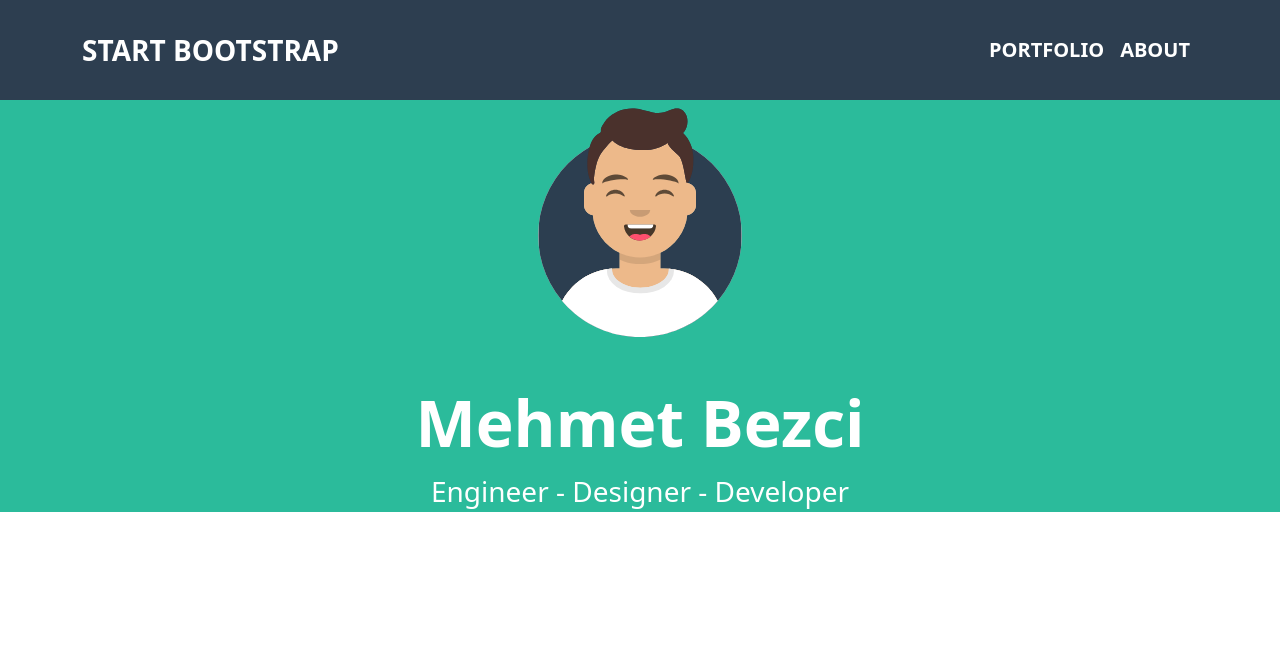
Repository: 7JaxeN7/WT-1255P-Mehmet_BEZC-
Page: index.html
An editor plug-in stored every save of this project. The page is shown before and after the next save, followed by the edit.
The browser window is 1280 px wide. The pictures show the whole page.

Above is the page before, as saved 2025-01-06 21:11:46.

After the next save:
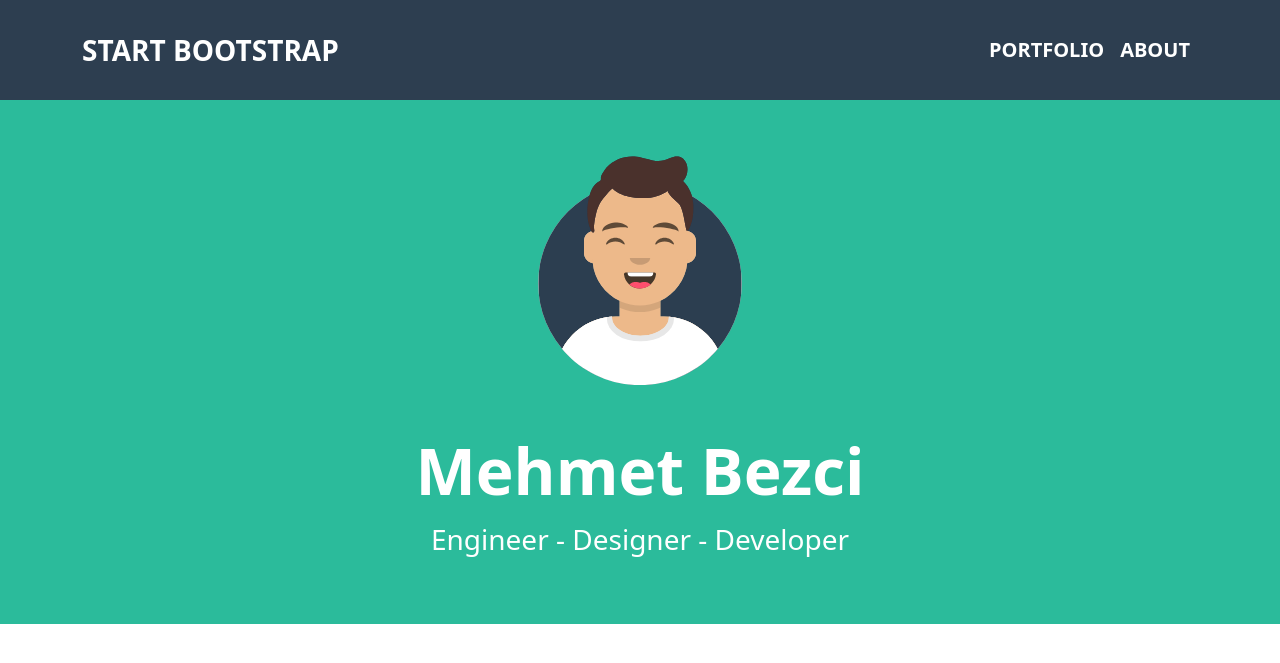
Saved 70 s later.
--- a/index.html
+++ b/index.html
@@ -34,7 +34,7 @@
     </nav>
   </header>
   <!-- Herosection -->
-   <div class="herosection-bg">
+   <div class="herosection-bg pt-5 pb-5">
     <div class="container text-center">
       <img src="/assets/img/avataaars.svg" width="20%"/>
     <h1 class="mt-5 text-white fw-bolder display-3">Mehmet Bezci</h1>
